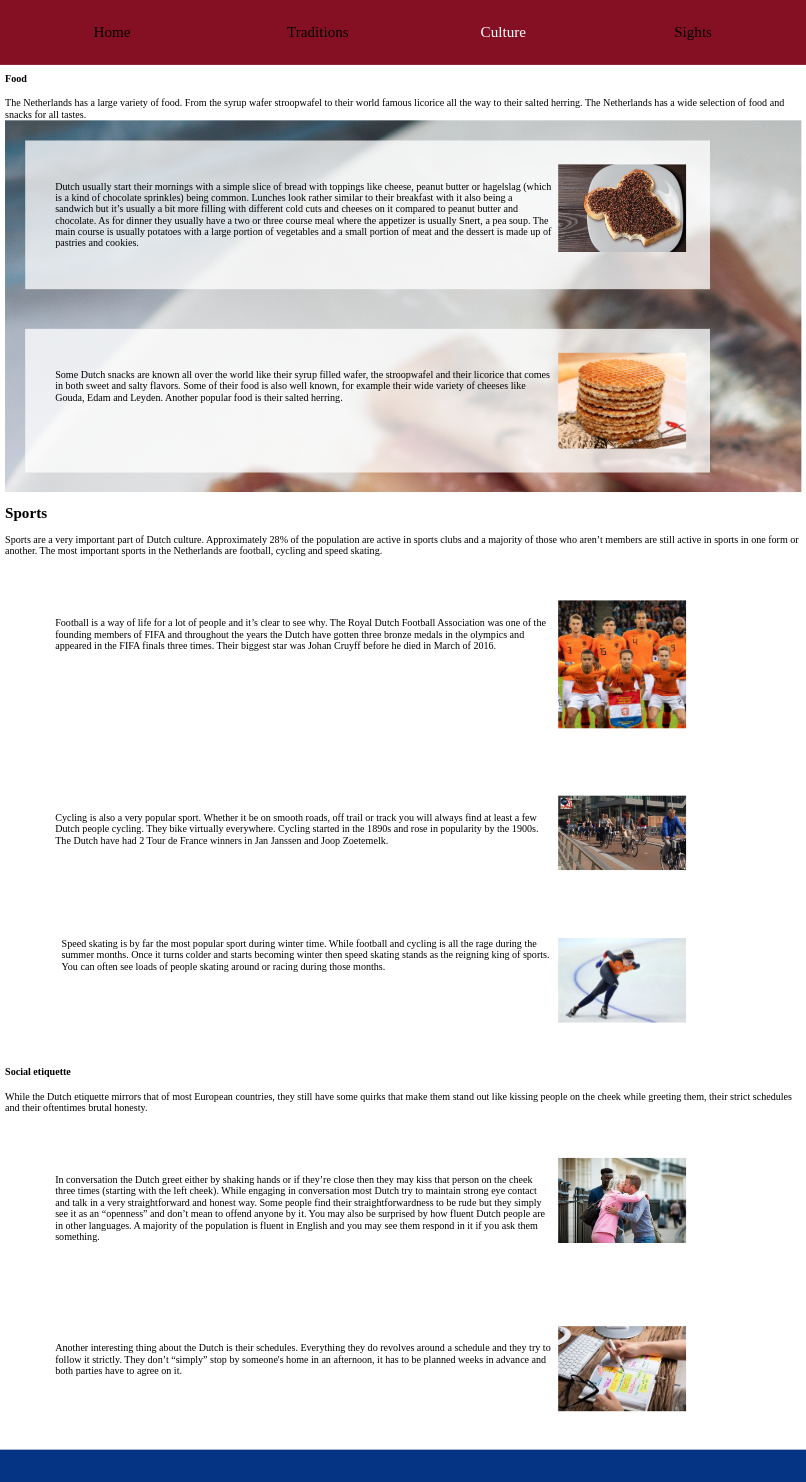
Repository: Cornman63/The-netherlands
Page: html/culture.html
These files come from the project's save history. The page is drawn as it stood at one moment and after the next save; the edit follows.
The browser window is 1280 px wide. The pictures show the whole page, at 63% of full size.

Above is the page before, as saved 2023-05-28 12:47:17.

After the next save:
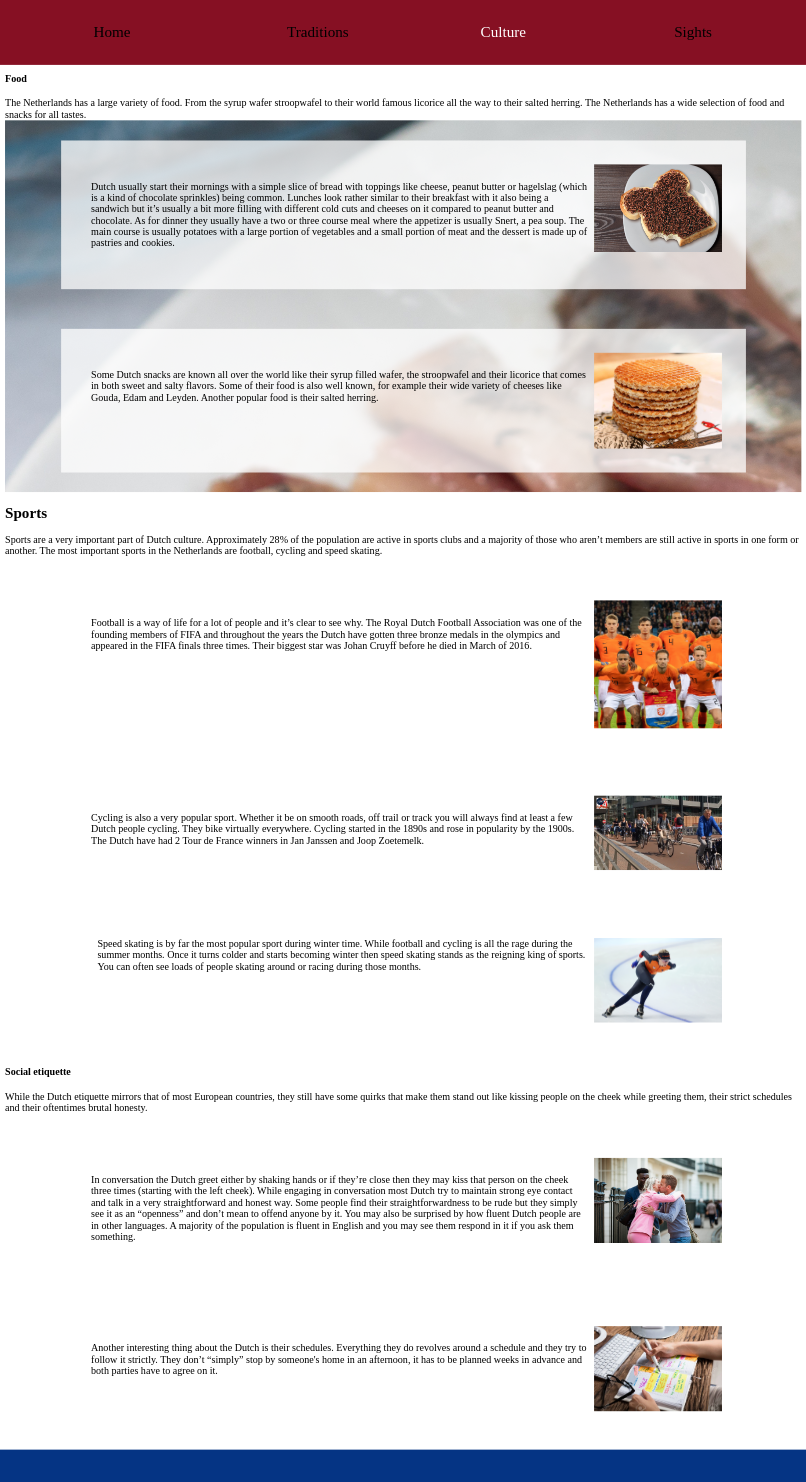
Saved 78 s later.
--- a/CSS/style2.css
+++ b/CSS/style2.css
@@ -57,8 +57,8 @@ footer{
     padding: 3%;
     background-color: rgba(255,255,255,0.75);
     border:5%;
-    margin: 2.5%;
-
+    margin-top: 2.5%;
+    margin-bottom: 2.5%;
 }
 .img {
     width: 20%;
